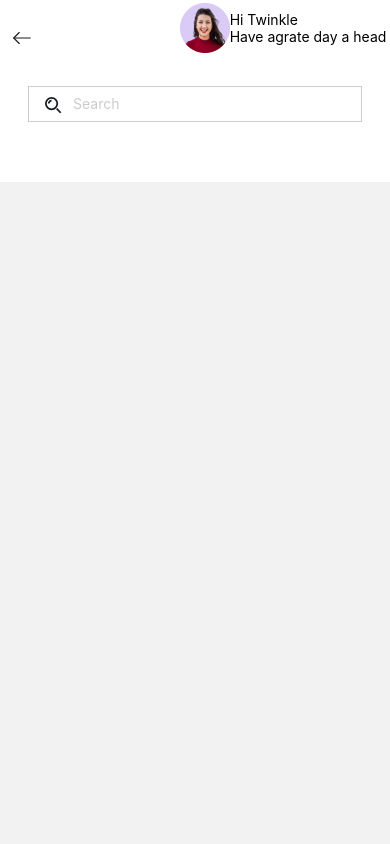
Repository: tungcutte35/TH_ReactNative_Tuan7
Screen: /Todos
These files come from the project's save history. The screen is drawn as it stood at one moment and after the next save; the edit follows.
The app was drawn by React Native's web renderer in a window 390 px wide. The project was rebuilt for these pictures with package versions that can differ from the ones it lists, and the page was loaded fresh each time.

Above is the screen before, as saved 2023-10-30 17:03:12.

After the next save:
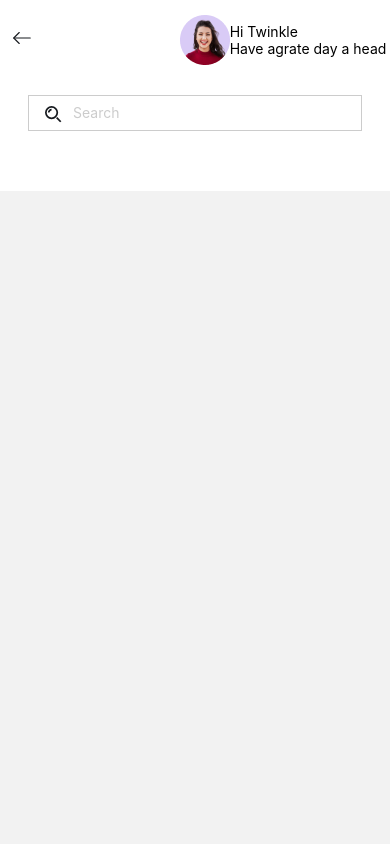
Saved 17 s later.
--- a/components/Todos.js
+++ b/components/Todos.js
@@ -39,6 +39,7 @@ const styles = StyleSheet.create({
     flexDirection: "row",
     justifyContent: "center",
     alignItems: "center",
+    marginTop: 15,
   },
   img1: {
     width: 36,
